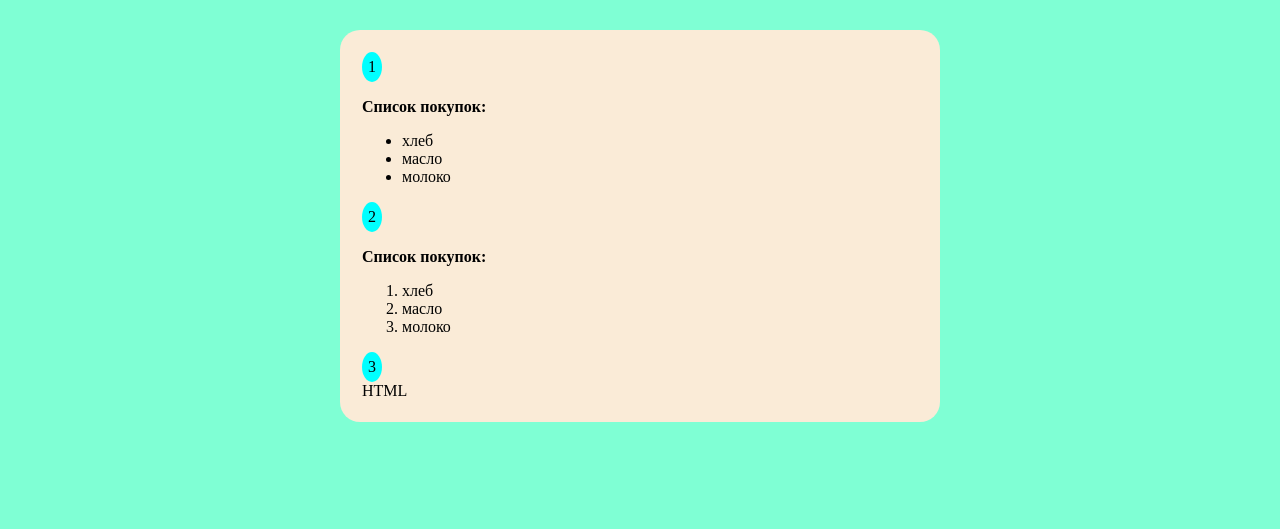
Repository: Savich01/-
Page: html/index.html
An editor plug-in stored every save of this project. The page is shown before and after the next save, followed by the edit.
The browser window is 1280 px wide. The pictures show the whole page.

Above is the page before, as saved 2024-05-31 14:35:54.

After the next save:
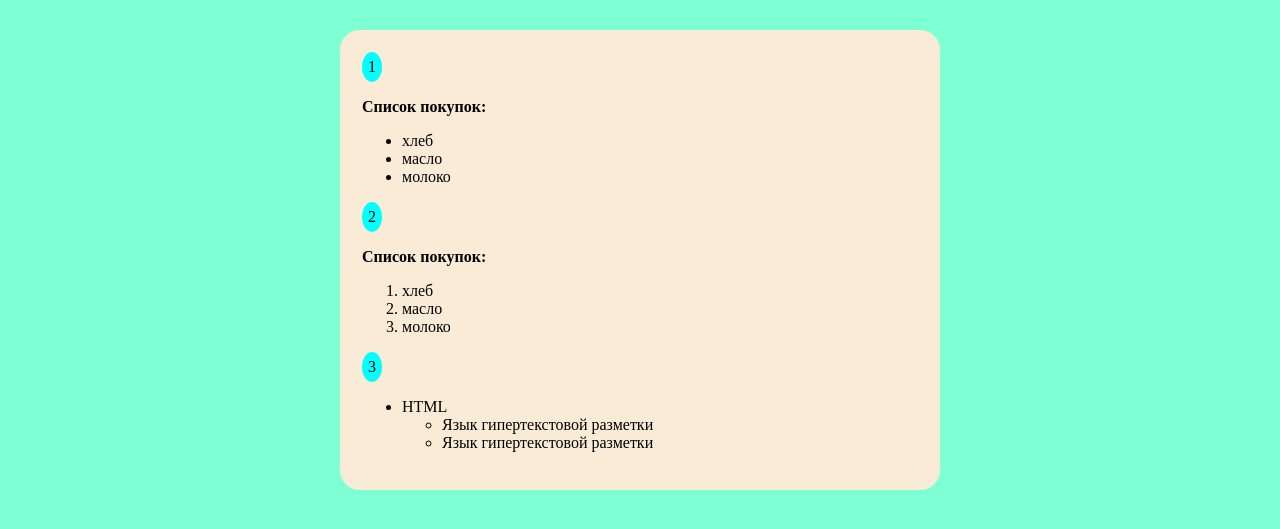
Saved 4 min 2 s later.
--- a/html/index.html
+++ b/html/index.html
@@ -35,9 +35,14 @@
                 </ol>
 
                 <div class="block">3</div>
-                <div class="text">
-                    HTML
-                </div>
+                <ul>
+                    <li>HTML
+                        <ul>
+                            <li>Язык гипертекстовой разметки</li>
+                            <li>Язык гипертекстовой разметки</li>
+                        </ul>
+                    </li>
+                </ul>
 
             </section>
         </div>
